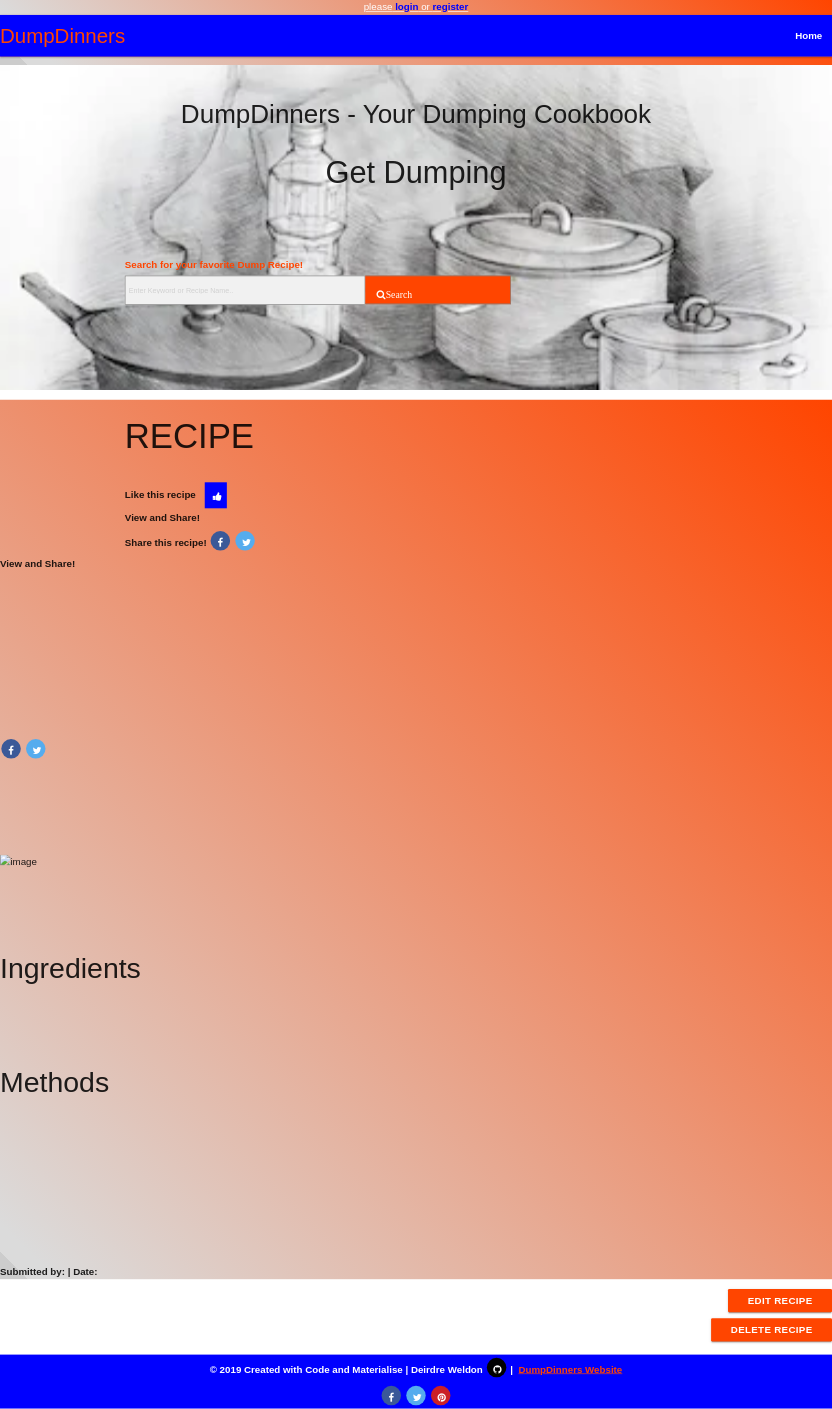
Repository: Deirdre18/dumpdinners-recipe-app
Page: templates/recipe.html
The author's editor kept a record of every edit. The page is drawn from the files as they stood at one moment, then again after the next edit.
The browser window is 1280 px wide. The pictures show the whole page, at 65% of full size.
Some web libraries are served in a nearby version. The page is served by the project's application, run on Flask 3 (app.py). The template is opened directly, without the code that normally fills it, so the values that code supplies are empty.

Above is the page before.

### templates/recipe.html
{% extends "base.html" %} {% block content %} {% with messages = get_flashed_messages() %} {% if messages %}
<strong class=flashes>


	{% for message in messages %}<br>
	{{ message }}</strong> {% endfor %}
</ul>
{% endif %} {% endwith %}

<div class="container recipe-container content-container">
	<!-- Recipe-->
	<section class="recipe">
		<div class="row">
			<div class="col s12 m12 l12">
				<div class="page-header">
					<h2 class="text-uppercase">RECIPE</h2>



					<!--rate recipe-->
				</div>
			</div>
		</div>

		<div>
			<!--http://www.sharelinkgenerator.com/-->
			<strong>Like this recipe</strong>&nbsp<a href="{{ url_for('likes', recipe_id=recipe._id) }}" <button class="waves-effect waves-light btn-small" type="submit" style="background-color:blue; color: white; margin-left:10px" name=" action"><i class="fa fa-thumbs-up" aria-hidden="true"></i></a>
			</button><br>
		</div>


		<!--http://www.sharelinkgenerator.com/-->
		<!--referred to this for help with sharing links - https://css-tricks.com/simple-social-sharing-links/-->
		<h6 class="shares-recipe"><strong> View and Share!</strong>
        </h6>

			<strong>Share this recipe!</strong>
			<a href="https://www.facebook.com/sharer.php?u=" <i class="fa fa-facebook" aria-hidden="true"></i></a>
			<a href="https://twitter.com/intent/tweet" <i class="fa fa-twitter" aria-hidden="true"></i></a>


		</div>


<h6 class="view-and-share"><strong> View and Share!</strong>
        </h6>
        <p class=shares "col s4 m3 l3" style="white-space:normal">

            <i class="fa fa-facebook" aria-hidden="true"></i>
            <i class="fa fa-twitter" aria-hidden="true" style="color: light-blue"></i>
        </p>



		<div class="row" style="text-align:center"></div>
		<h3><em>{{recipe.recipe_name}}</em></h3>

		<div row="recipe">

			<div class="col s12 m12 l12">
				<img src="{{ recipe.image }}" alt="image" height=300 width=285>

				<!--referred to https://stackoverflow.com/questions/41081380/white-space-pre-not-working-as-expected-->

				<div class="ingredients col s12 m6 l6" style="white-space:normal">
					<h3>Ingredients</h3>

					{{ recipe.ingredients }}
				</div>

				<div class="methods col s12 m6 l6" style="white-space:normal">
					<h3>Methods</h3>

					{{ recipe.methods }}

				</div>

				<p><strong>Submitted by:<strong>{{ recipe.username }} |  <strong>Date:</strong> {{recipe.date_added}}</p>




			</div>
		</div>

</div>



<!-- button for edit recipe -->


<!--Taken from Spence Barribal's code (student Code Institute).-->
{% if session['username'] == recipe.username %}
<div class="row float-right">
	<a href="{{ url_for('edit_recipe', recipe_id=recipe._id, username=username) }}" class="btn btn-secondary mr-3" style="background-color:orangered; float:right">Edit Recipe</a><br><br>
	<a href="{{ url_for('delete_recipe', recipe_id=recipe._id, username=username) }}" class="btn btn-danger" style="background-color:orangered; float: right">Delete Recipe</a>
</div>
{% endif %}




</div>
</div>
</div>
</div>
</div>
</div>
</div>


{% endblock %}

### templates/base.html
<!DOCTYPE html>
<html>

<head>
    <!--referred to this link for downloading bootstrap, as well as previous CI tutorials - https://forums.fedoraforum.org/showthread.php?314148-How-to-download-bootstrap-->

    <meta charset="UTF-8">
    <meta name="viewport" content="width=device-width, user-scalable=no, initial-scale=1.0, maximum-scale=1.0, minimum-scale=1.0">
    <meta http-equiv="X-UA-Compatible" content="ie=edge">
    <title>{{ title }} - DumpDinners</title>
    <link href="https://fonts.googleapis.com/icon?family=Material+Icons" rel="stylesheet">
    <link rel="stylesheet" href="https://cdnjs.cloudflare.com/ajax/libs/materialize/0.100.2/css/materialize.min.css">

    <!-- Social Share Kit CSS downloaded from https://socialsharekit.com/ -->
    <!--<link rel="stylesheet" href="assets/css/social-share-kit.css" type="text/css">-->

    <link rel="stylesheet" href="{{url_for('static', filename='social-share-kit.css')}}" type="text/css" />

    <link rel="stylesheet" href="{{url_for('static', filename='styles.css')}}" type="text/css" />


    <!--referred to this for favicon - https://www.flaticon.com/-->

    <link rel="icon" type="image/ico" href="/static/images/favicon.ico" />
    <link rel="stylesheet" href="https://cdnjs.cloudflare.com/ajax/libs/font-awesome/4.7.0/css/font-awesome.min.css">

    <style>
        body {
            font-family: Arial;
        }

        * {
            box-sizing: border-box;
        }

        form.example input[type=text] {
            padding: 5px;
            font-size: 11px;
            border: 1px solid grey;
            float: left;
            width: 4%;
            height: 1%;
            background: #f1f1f1;
        }

        form.example button {
            float: left;
            width: 2%;
            height: 2%;
            padding: 5px;
            background: #2196F3;
            color: white;
            font-size: 11px;
            border: 1px solid grey;
            border-left: none;
            cursor: pointer;
        }

        form.example button:hover {
            background: #0b7dda;
        }

        form.example::after {
            content: "";
            clear: both;
            display: table;
        }
    </style>



</head>

<body>

    <style scoped>
        .pattern {
            min-height: 100px;
        }

        #stripes4 {

            background-image: repeating-linear-gradient(45deg, #ccc, #ccc 30px, #dbdbdb 30px, #dbdbdb 60px, orangered);

        }
    </style>

    <!--to give background gradient color, referred to https://www.quackit.com/css/codes/patterns/css_background_stripes.cfm-->

    <div id="stripes4" class="pattern">


        <!--referred to code from Spence Barribal's github project for username in session below (Student at Code Institute).-->

        {% if 'username' in session %}
        <div class="text-light font-italic bg-dark pt-2 pr-4" style="text-align:center; color:blue"><strong>welcome back, {{ session['username'] }}</strong>
        </div>

        <!--Referred to stack overflow article on centering anchors.-->

        <div class="display:block; text-align: center">
            <a href="{{ url_for('add_recipe') }}" <button class="btn waves-effect waves-light" type="submit" style="background-color:orangered" name="action">Add Recipe
                <i class="material-icons right">playlist_add</i>
             </button></div></a>



            <div class="display:block; text-align: center">
                <a href="{{ url_for( 'logout') }}" style="text-decoration:underline; color:blue; text-align:center,color:blue"><strong>Logout</strong></a>
            </div>

            <div class="display:block; text-align: center">
                <a href="{{ url_for( 'allrecipes') }}" style="text-decoration:underline;color:blue; text-align:center"><strong>Home</strong></a>

            </div>

            {% else %}

            <div class="login" style="text-align:center;text-decoration:underline; color:white">please<a href="{{ url_for('login') }}" style="color:blue"><strong> login</a></strong> or <a href="{{ url_for('register') }}" style="color:blue"><strong> register</strong></a>
            </div>
            {% endif %}

            <nav>
                <div class="nav-wrapper">
                    <a class="brand-logo" style="color:orangered">DumpDinners</a>
                    <a href="#" data-activates="mobile-demo" class="button-collapse"><i class="material-icons">menu</i></a>
                    <ul id="nav-mobile" class="right hide-on-med-and-down">

                        {% if 'username' not in session %}

                        <li class="nav-item">
                            <a href="{{ url_for('index') }}" style="color:white"><strong>Home</a></strong>
                        </li>


                        {% endif %}

                    </ul>
                </div>

            </nav>
            <!--referred to https://www.w3schools.com/howto/howto_css_search_button.asp-->

            {% if 'username' in session %}
            <ul class="sidenav" id="mobile-demo">
                <li class="nav-item">
                    <a href="{{ url_for('allrecipes') }}" style="color:orangered;text-decoration:underline"><strong>Home</strong></a>
                </li>
                {% endif %}


            </ul>
        </div>

        <div id="index-banner" class="parallax-container">
            <div class="section no-pad-bot">
                <div class="container">

                    <div class="parallax">
                        <img src="{{ url_for('static', filename='uploads/' + 'still-life.jpg') }}">
                    </div>

                    <h2 class="header center" class="header"><small>DumpDinners - Your Dumping Cookbook</small></h2>

                    <h1 class="header center" class="header"><small>Get Dumping</small></h1>
                    <br><br><br>


                    <!--/*referred to https://www.w3schools.com/howto/howto_css_search_button.asp*/-->

                    <div class="search-container">

                        <h6 class="lead-search" style="color:orangered; text-align:left"><strong>Search for your favorite Dump Recipe!</strong></h6>
                        <form class="example" action="{{ url_for('search') }}">
                            <input type="text" placeholder="Enter Keyword or Recipe Name.." required name="query" style="margin-top:1px; width:40%; height:3em !important; color:black">
                            <div id="search">
                                <button type="submit" style="margin-top:1px; width:25%; height:4em !important; background-color:orangered"><i class="fa fa-search" style="font-size:15px;float:left">Search</i></button>
                            </div>
                        </form>
                    </div>


                </div>
            </div>
            <!--Referred to this link for adding photos dynamically. https://stackoverflow.com/questions/40877272/jinja2-not-displaying-the-images-->


        </div>

        <div id="stripes4" class="pattern">
            {% block content %}{% endblock %}
        </div>

        <script src="https://ajax.googleapis.com/ajax/libs/jquery/3.4.1/jquery.min.js"></script>
        <script src="https://cdnjs.cloudflare.com/ajax/libs/jquery/3.2.1/jquery.min.js"></script>
        <script src="https://cdnjs.cloudflare.com/ajax/libs/materialize/0.100.2/js/materialize.min.js"></script>
        <!--<script src="assets/js/social-share-kit.js"></script>-->
        <!--<script src="assets/js/social-share-kit.min.js"></script>-->

        <script type="text/javascript">
            $(document).ready(function() {
                $(".button-collapse").sideNav();
            });
        </script>

        <script type="text/javascript">
            $('.datepicker').pickadate({
                selectMonths: true, // Creates a dropdown to control month
                selectYears: 15, // Creates a dropdown of 15 years to control year,
                today: 'Today',
                clear: 'Clear',
                close: 'Ok',
                closeOnSelect: false // Close upon selecting a date,
            });
        </script>


        <script>
            $(document).ready(function() {
                $('.parallax').parallax();
            });
        </script>

        <!-- jquery to activate buttons -->

        <script type="text/javascript">
            $(document).ready(function() {
                $('.collapsible').collapsible();
                $('select').material_select();
            });
        </script>


        <!--// to create footer referred to https://www.w3schools.com/howto/tryit.asp?filename=tryhow_css_fixed_footer. For flexible footer referred to https://materializecss.com/footer.html // decided to make footer fixed rather than flexible-->

        <style>
            .footer {
                margin-top: 1px;
                display: fixed;
                min-height: 3vh;
                flex-direction: column;
                text-align: center;
                background-color: blue;
                color: white;
            }

            main {
                flex: 1 0 auto;
            }

            .container {
                margin-top: 15px;
                margin-bottom: 3px;
            }
        </style>



        <style>
            .fa {
                padding: 10px;
                font-size: 15px;
                width: 30px;
                text-decoration: none;
                margin: 5px 2px;
                border-radius: 50%;
                height: 30px;
            }

            .fa:hover {
                opacity: 0.7;

            }

            .fa-facebook {
                background: #3B5998;
                color: white;
                text-align: center;
            }

            .fa-twitter {
                background: #55ACEE;
                color: white;
                text-align: center;
            }


            .fa-youtube {
                background: #bb0000;
                color: white;
                text-align: center;
            }

            .fa-pinterest {
                background: #cb2027;
                color: white;
                text-align: center;
            }

            .fa-github {
                background: black;
                color: white;
                text-align: center;
                font-size: 15px;


            }

            strong {
                font-weight: bold;
            }
        </style>



        <div class="footer">

            <div class="container">
                <!--created blank spaces, referred to https://www.computerhope.com/jargon/n/nbsp.htm-->
                © 2019 Created with Code and Materialise&nbsp| Deirdre Weldon <a href="https://github.com/Deirdre18" class="fa fa-github"></a> |&nbsp
                <a href="https://dumpdinners-recipe-app.herokuapp.com/" style="color:orangered; text-decoration: underline">DumpDinners Website
        </div>

        <!--for social media icons and styles referred to https://www.w3schools.com/howto/howto_css_social_media_buttons.asp    -->



        <!-- Add font awesome icons -->
        <a href="https://www.facebook.com/" class="fa fa-facebook"></a>
                <a href="https://www.twitter.com/" class="fa fa-twitter"></a>
                <a href="https://www.pinterest.com/" class="fa fa-pinterest"></a>


            </div>
</body>

</html>

### app.py
import os
import re
from flask import Flask, render_template, redirect, request, url_for, session, flash
import json
from flask_pymongo import PyMongo
import pymongo
from pymongo import MongoClient
from bson.objectid import ObjectId


from werkzeug.security import generate_password_hash, check_password_hash


app = Flask(__name__)

app.secret_key = "randomstring123"



if app.config['DEBUG'] == True:
    from config import dbconfig
    app.config["MONGO_DBNAME"] = 'dumpdinners'
    app.config["MONGO_URI"] = dbconfig()
else:
    app.config['MONGO_URI'] = os.environ.get("MONGO_URI")
    app.config['MONGO_DBNAME'] = os.environ.get("MONGO_DBNAME")

mongo = PyMongo(app)


@app.route('/')
@app.route('/index')
def index():
    """Home page the gets 4 recipes from DB that have been viewed the most"""
    four_recipes = mongo.db.recipes.find().limit(4)
    return render_template('allrecipes1.html', recipes=four_recipes)

@app.route('/allrecipes')
def allrecipes():
    recipes = mongo.db.recipes.find()
    return render_template('allrecipes.html', recipes=recipes)

@app.route('/allrecipes1')
def allrecipes1():
    recipes = mongo.db.recipes.find()
    four_recipes = mongo.db.recipes.find().limit(4)
    return render_template('allrecipes1.html', recipes=four_recipes)

@app.route('/add_recipe')
def add_recipe():
    recipes = mongo.db.recipes.find()
    return render_template('addrecipe.html',
        recipes=mongo.db.categories.find())



@app.route('/insert_recipe', methods=['POST'])
def insert_recipe():
    recipes = mongo.db.recipes
    recipes.insert_one(request.form.to_dict())
    flash ("Thank you, your recipe has been inserted!")
    return render_template('recipe.html', recipe=recipe)




@app.route('/edit_recipe/<recipe_id>', methods=['GET', 'POST'])
def edit_recipe(recipe_id):
    """Allows logged in user to edit their own recipes"""
    recipe_db = mongo.db.recipes.find_one_or_404({'_id': ObjectId(recipe_id)})
    all_categories =  mongo.db.categories.find()
    if request.method == 'GET':

        return render_template('editrecipe.html', recipe=recipe_db, categories=all_categories)


# referred to this article for advice on 'views' - https://stackoverflow.com/questions/5782311/mongodb-inc-embedded-value-syntax

@app.route('/update_recipe/<recipe_id>', methods=["POST"])
def update_recipe(recipe_id):
    recipes = mongo.db.recipes
    recipes.update( {'_id': ObjectId(recipe_id)},
    {
        '$set': {

        'recipe_name':request.form.get('recipe_name'),
        'ingredients':request.form.get('ingredients'),
        'image': request.form.get('image'),
        'category_name': request.form.get('category_name'),
        'username': request.form.get('username'),
        'methods': request.form.get('methods'),
        'short_description': request.form.get('short_description'),
        'date_added': request.form.get('date_added'),
        'is_vegetarian': request.form.get('is_vegetarian'),
        'views':1,
        'likes':1

        }
    })
    return redirect(url_for('allrecipes'))




@app.route('/delete_recipe/<recipe_id>')
def delete_recipe(recipe_id):
    mongo.db.recipes.remove({'_id': ObjectId(recipe_id)})
    return redirect(url_for('allrecipes'))

@app.route('/search')
def search():
    """Provides logic for search bar"""
    orig_query = request.args['query']
    # using regular expression setting option for any case
    query = {'$regex': re.compile('.*{}.*'.format(orig_query)), '$options': 'i'}
    # find instances of the entered word in title, tags or ingredients
    results = mongo.db.recipes.find({
        '$or': [
            {'recipe_name': query},
            {'ingredients': query},
            {'recipe_name': query}
        ]
    })
    return render_template('search.html', query=orig_query, results=results)


@app.route('/recipe/<recipe_id>')
def recipe(recipe_id):

    """Shows full recipe and increments view"""
    mongo.db.recipes.find_one_and_update(
        {'_id': ObjectId(recipe_id)},
        { '$inc': { 'views': 1}}



    )
    recipe_db = mongo.db.recipes.find_one_or_404({'_id': ObjectId(recipe_id)})
    return render_template('recipe.html', recipe=recipe_db)

# routing for likes

@app.route('/likes/<recipe_id>')
def likes(recipe_id):

    """Shows full recipe and increments view"""
    mongo.db.recipes.find_one_and_update(
        {'_id': ObjectId(recipe_id)},
        { '$inc': { 'likes': 1}}



    )
    recipe_db = mongo.db.recipes.find_one_or_404({'_id': ObjectId(recipe_id)})
    return redirect(url_for('allrecipes1'))

# # routing for shares

# # @app.route('/shares1/<recipe_id>')
# # def shares1 (recipe_id):

# #     """Shows full recipe and increments view"""
# #     mongo.db.recipes.find_one_and_update(
# #         {'_id': ObjectId(recipe_id)},
# #         { '$inc': { 'shares1': 1}}



#     )
#     recipe_db = mongo.db.recipes.find_one_or_404({'_id': ObjectId(recipe_id)})
#     return redirect(url_for('allrecipes1'))

# @app.route('/shares2/<recipe_id>')
# def shares2 (recipe_id):

#     """Shows full recipe and increments view"""
#     mongo.db.recipes.find_one_and_update(
#         {'_id': ObjectId(recipe_id)},
#         { '$inc': { 'shares2': 1}}



#     )
#     recipe_db = mongo.db.recipes.find_one_or_404({'_id': ObjectId(recipe_id)})
#     return redirect(url_for('allrecipes1'))

# @app.route('/shares2/<recipe_id>')
# def shares2 (recipe_id):

#     """Shows full recipe and increments view"""
#     mongo.db.recipes.find_one_and_update(
#         {'_id': ObjectId(recipe_id)},
#         { '$inc': { 'shares2': 1}}



#     )
#     recipe_db = mongo.db.recipes.find_one_or_404({'_id': ObjectId(recipe_id)})
#     return redirect(url_for('shares2'))



#Copied routing for login from Deborah Thompson, student at Code Institute for login routing - #https://github.com/debbiect246/recipe-app#


@app.route('/login', methods=["GET","POST"])
def login():
    if request.method == 'POST':
        login_user = mongo.db.register.find_one({'username': request.form['username']})
        form = request.form
        if login_user:
            if(form["password"] == login_user["password"]): # if password correct
                session['username'] = login_user["username"]
                return redirect(url_for('allrecipes',register_id = login_user["_id"]))
            else: # and if password is not correct
               flash("Incorrect password, please try again or register")
        else:# if user does not exist
            flash("User does not exist")
            return redirect(url_for('register'))
    return render_template('login.html')


#Copied routing for register from Deborah Thompson, student at Code Institute for login routing - #https://github.com/debbiect246/recipe-app#

@app.route('/register', methods=['POST','GET'])
def register():
    if request.method == 'POST':
        register = mongo.db.register
        register_id = register.insert_one(request.form.to_dict())
        # print(register)
        object_id = register_id.inserted_id
        flash("Thank you for registering, please login to view more recipes and add your own!")
        return redirect(url_for('login'))
    return render_template('register.html')




#Copied routing for allrecipeslist from Deborah Thompson, student at Code Institute for login routing - #https://github.com/debbiect246/recipe-app#


@app.route('/logout')
def logout():
    """Clears session and redirects to home"""

    session.clear()
    flash ("Thank you, hope to see you again soon!")
    return redirect(url_for('login'))




if __name__ == '__main__':
    app.run(host=os.environ.get('IP'),
        port=int(os.environ.get('PORT')))

### static/styles.css
.card-body {
    width: 75%;
    margin-left: 0;
    left: auto;
    right: auto;
    white-space: pre-wrap;
}

#search [type="search"] [name="query"]
{
     height: 30px;
     width: 50px;
}


h3 {margin-top: 10%}

.main { margin-top: 20px;}

.card-image {width:25%;}

h5 .lead-search {margin-bottom: 0}

p .heading {margin-top: 30%;}


.card-image {white-space: pre-wrap;
            margin-bottom: -80px;
}


h1 {text-align: center;
    margin-top: 20px;

}

p {margin-top: 20%;}



.nav-wrapper {background-color: blue;}

#Add {color: indigo;
}

#View {color: indigo;
}

.brand-logo{text-align:left;}

.btn_small {
    height: 24px;
    width: 60px;
    line-height: 24px;
    margin: 5px 5px;
    padding: 0 0.5em;
}

Loaded but not shown: static/social-share-kit.css (no copy from this time; the picture is the same without it)

After the next edit:
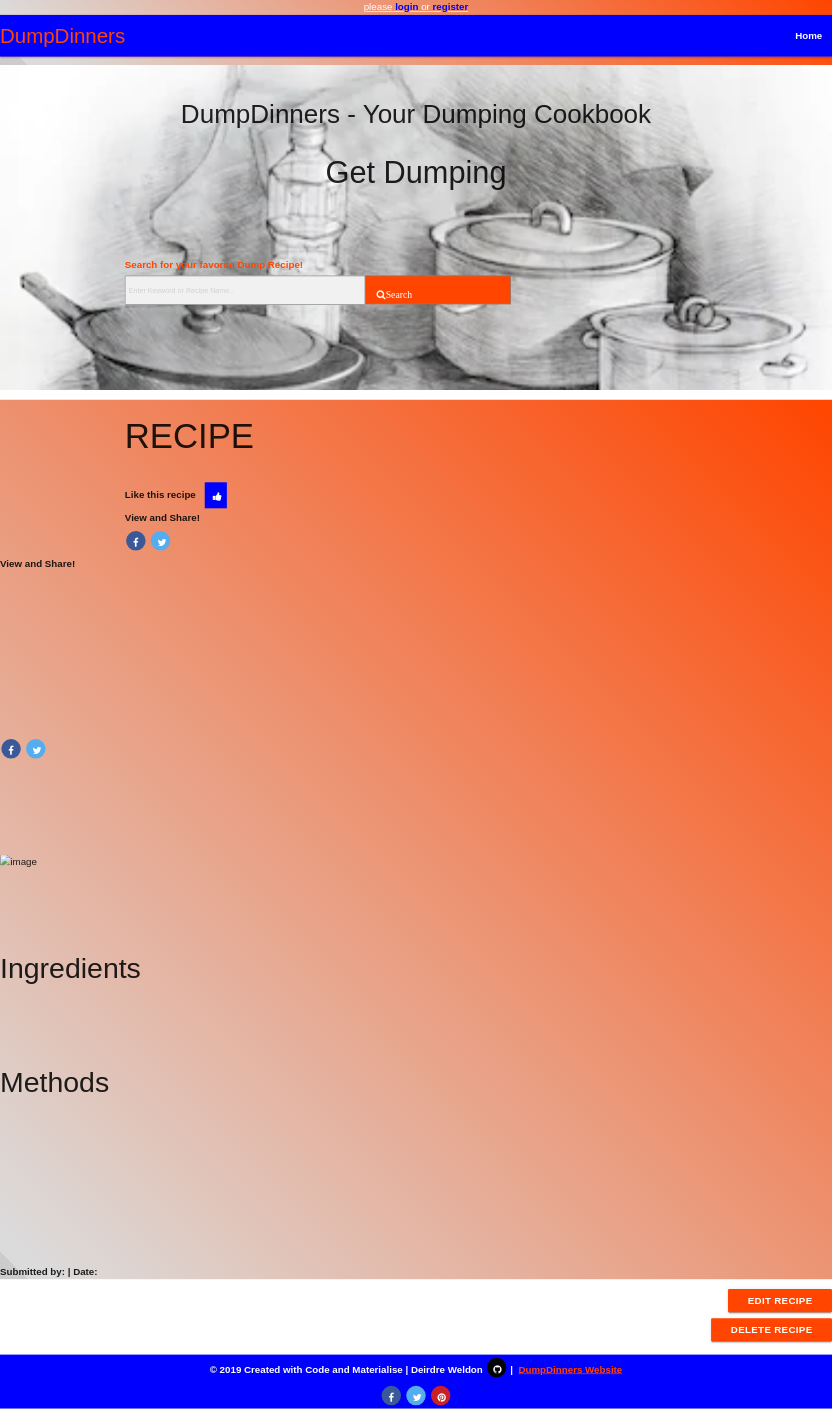
The edit:
--- a/templates/recipe.html
+++ b/templates/recipe.html
@@ -34,7 +34,7 @@
 		<h6 class="shares-recipe"><strong> View and Share!</strong>
         </h6>
 
-			<strong>Share this recipe!</strong>
+
 			<a href="https://www.facebook.com/sharer.php?u=" <i class="fa fa-facebook" aria-hidden="true"></i></a>
 			<a href="https://twitter.com/intent/tweet" <i class="fa fa-twitter" aria-hidden="true"></i></a>
 
